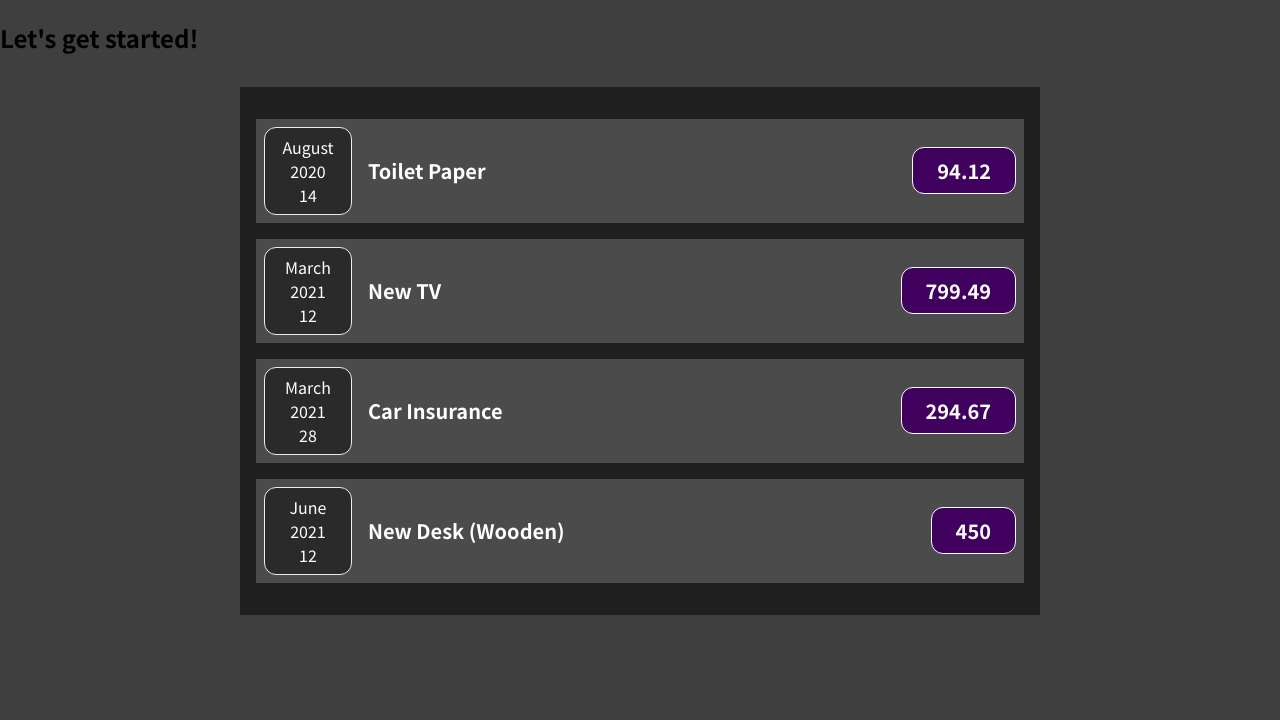
Repository: kowalkos/react-course-first
Page: /
These files come from the project's save history. The page is drawn as it stood at one moment and after the next save; the edit follows.
The browser window is 1280 px wide. The pictures show the whole page.
The project was rebuilt for these pictures with package versions that can differ from the ones it lists, and the page was loaded fresh each time.

Above is the page before, as saved 2021-11-27 18:22:43.

### src/App.js
import Expenses from "./components/Expenses";
function App() {
  const expenses = [
    {
      id: "e1",
      title: "Toilet Paper",
      amount: 94.12,
      date: new Date(2020, 7, 14),
    },
    { id: "e2", title: "New TV", amount: 799.49, date: new Date(2021, 2, 12) },
    {
      id: "e3",
      title: "Car Insurance",
      amount: 294.67,
      date: new Date(2021, 2, 28),
    },
    {
      id: "e4",
      title: "New Desk (Wooden)",
      amount: 450,
      date: new Date(2021, 5, 12),
    },
  ];
  return (
    <div>
      <h2>Let's get started!</h2>
      <Expenses data={expenses} />
    </div>
  );
}

export default App;

### src/components/Expenses.js
import ExpenseItem from "./ExpenseItem";
import "./Expenses.css";
function Expenses(props) {
  return (
    <div className="expenses">
      {props.data.map((item) => (
        <ExpenseItem title={item.title} date={item.date} amount={item.amount} />
      ))}
    </div>
  );
}
export default Expenses;

### src/components/ExpenseItem.js
import "./ExpenseItem.css";
import ExpenseDate from "./ExpenseDate";
function ExpenseItem(props) {
  return (
    <div className="expense-item">
      <ExpenseDate date={props.date}/>
      <div className="expense-item__description">
        <h2>{props.title}</h2>
        <div className="expense-item__price">{props.amount}</div>
      </div>
    </div>
  );
}
export default ExpenseItem;

### src/components/Expenses.css
.expenses {
  background-color: rgb(31, 31, 31);
  padding: 1rem;
  margin: 2rem auto;
  width: 50rem;
  max-width: 95%;
}

### src/components/Expenses/ExpenseItem.css
.expense-item {
    display: flex;
    justify-content: space-between;
    align-items: center;
    padding: 0.5rem;
    margin: 1rem 0;
    background-color: #4b4b4b;
  }

  .expense-item__description {
    display: flex;
    flex-direction: column;
    gap: 1rem;
    align-items: flex-end;
    flex-flow: column-reverse;
    justify-content: flex-start;
    flex: 1;
  }

  .expense-item h2 {
    color: #3a3a3a;
    font-size: 1rem;
    flex: 1;
    margin: 0 1rem;
    color: white;
  }

  .expense-item__price {
    font-size: 1rem;
    font-weight: bold;
    color: white;
    background-color: #40005d;
    border: 1px solid white;
    padding: 0.5rem;
    border-radius: 12px;
  }

  @media (min-width: 580px) {
    .expense-item__description {
      flex-direction: row;
      align-items: center;
      justify-content: flex-start;
      flex: 1;
    }

    .expense-item__description h2 {
      font-size: 1.25rem;
    }

    .expense-item__price {
      font-size: 1.25rem;
      padding: 0.5rem 1.5rem;
    }
  }

### src/components/ExpenseDate.js
import './ExpenseDate.css';
function ExpenseDate(props) {
  const month = props.date.toLocaleString("en-US", { month: "long" });
  const day = props.date.toLocaleString("en-US", { day: "2-digit" });
  const year = props.date.getFullYear();
  return (
    <div className="expense-date">
      <div className="expense-date-month">{month}</div>
      <div className="expense-date-year">{year}</div>
      <div className="expense-date-day">{day}</div>
    </div>
  );
}
export default ExpenseDate;

### src/components/Card.js
import './Card.css';
function Card(props){
    return <div className="card">{props.children}</div>
}
export default Card;

Loaded but not shown: public/index.html (common file); src/index.js (common file); src/index.css (common file); src/components/ExpenseDate.css (common file); src/components/Card.css (common file)

After the next save:
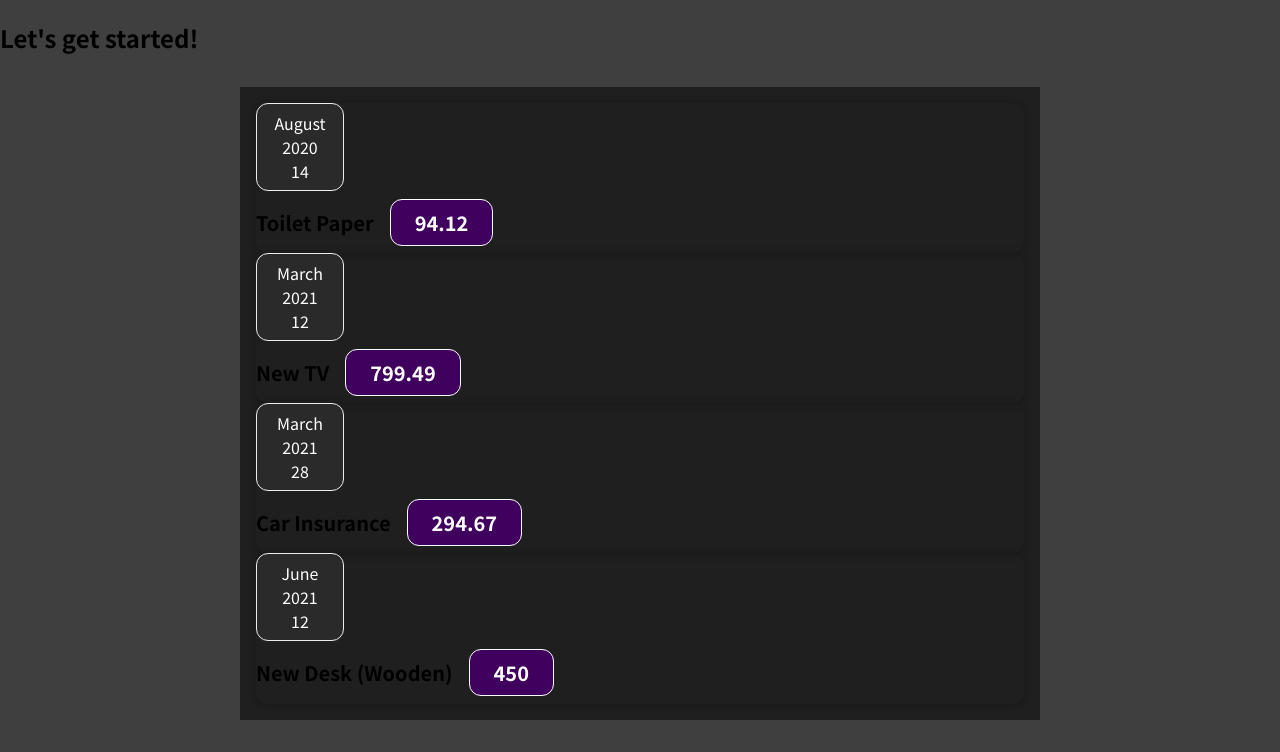
Saved 27 s later.
--- a/src/components/ExpenseItem.js
+++ b/src/components/ExpenseItem.js
@@ -1,14 +1,15 @@
 import "./ExpenseItem.css";
 import ExpenseDate from "./ExpenseDate";
+import Card from "./Card";
 function ExpenseItem(props) {
   return (
-    <div className="expense-item">
+    <Card className="expense-item">
       <ExpenseDate date={props.date}/>
       <div className="expense-item__description">
         <h2>{props.title}</h2>
         <div className="expense-item__price">{props.amount}</div>
       </div>
-    </div>
+    </Card>
   );
 }
 export default ExpenseItem;

After the save that followed:
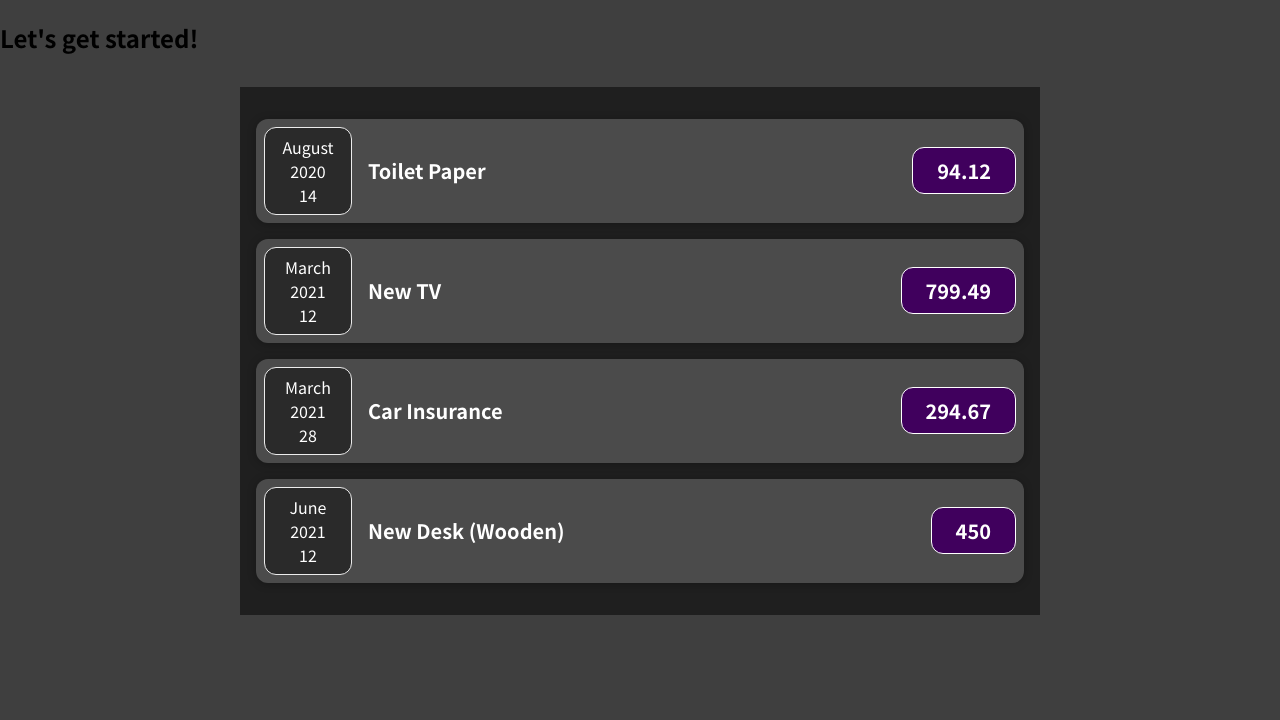
Saved 2 min 36 s later.
--- a/src/components/Card.js
+++ b/src/components/Card.js
@@ -1,5 +1,6 @@
 import './Card.css';
 function Card(props){
-    return <div className="card">{props.children}</div>
+    const classes='card '+props.className;
+    return <div className={classes}>{props.children}</div>
 }
 export default Card;
